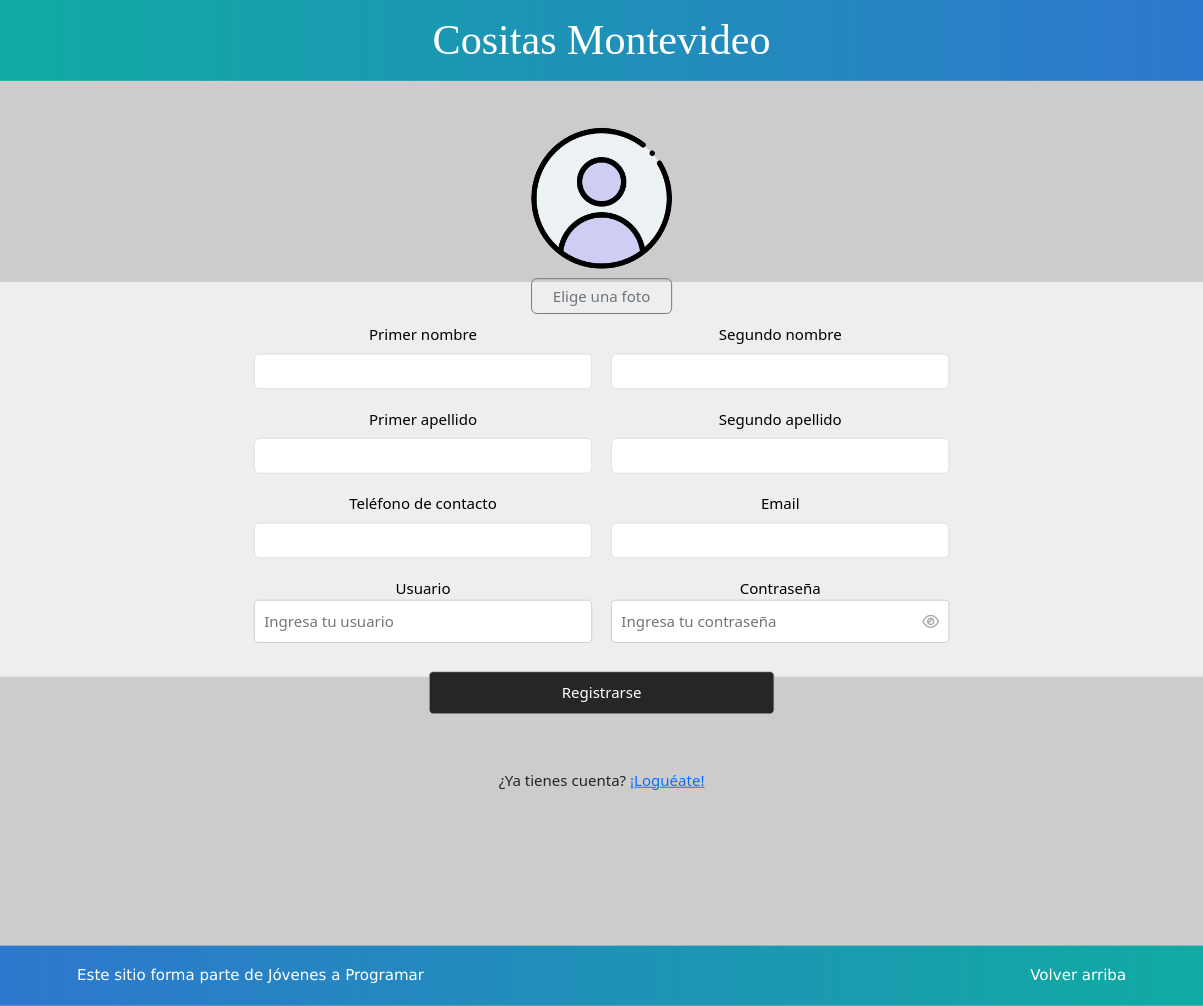
Repository: naticab/proyecto-dw
Page: registration.html
An editor plug-in stored every save of this project. The page is shown before and after the next save, followed by the edit.
The browser window is 1280 px wide. The pictures show the whole page, at 94% of full size.
Some web fonts or font styles are not loaded; a fallback is used.

Above is the page before, as saved 2024-10-23 15:27:28.
Console error: TypeError: Cannot read properties of null (reading 'classList')

### registration.html
<!DOCTYPE html>
<html lang="es">

<head>
    <meta charset="UTF-8">
    <meta name="viewport" content="width=device-width, initial-scale=1, shrink-to-fit=no">
    <title>eMercado - Todo lo que busques está aquí</title>

    <link href="https://fonts.googleapis.com/css?family=Raleway:300,300i,400,400i,700,700i,900,900i" rel="stylesheet">
    <link href="css/bootstrap.min.css" rel="stylesheet">
    <link href="https://cdn.jsdelivr.net/npm/bootstrap@5.3.0/dist/css/bootstrap.min.css" rel="stylesheet">
    <link href="https://cdn.jsdelivr.net/npm/@fortawesome/fontawesome-free/css/all.min.css" rel="stylesheet">
    <link href="css/styles.css" rel="stylesheet" type="text/css">
    <link rel="stylesheet" href="css/registration.css" type="text/css">
    <link href="css/header-and-footer.css" rel="stylesheet">
    <link href="https://fonts.googleapis.com/css2?family=Love+Ya+Like+A+Sister&display=swap" rel="stylesheet">
</head>

<body>

    <header>
        <div class="header-container">
            <h1>Cositas Montevideo</h1>
        </div>
    </header>


    <main>
        <div class="profile-container">
            <div class="profile-image">
                <img src="img/usuario.png" id="profilePic" alt="avatar">
                <input type="file" name="foto" id="foto" accept="image/*" style="display: none;" />
                <label for="foto" class="btn btn-outline-secondary">Elige una foto</label>
            </div>
            <form method="post" class="row" id="myForm">
                <div class="col-md-6">
                    <label for="nombre1" class="form-label">Primer nombre</label>
                    <input type="text" class="form-control" id="nombre1" name="nombre" required>
                    <div class="invalid-feedback">Debe ingresar un nombre.</div>
                </div>
                <div class="col-md-6">
                    <label for="nombre2" class="form-label">Segundo nombre</label>
                    <input type="text" class="form-control" id="nombre2" name="nombre2">
                </div>
                <div class="col-md-6">
                    <label for="apellido1" class="form-label">Primer apellido</label>
                    <input type="text" class="form-control" id="apellido1" name="apellido" required>
                    <div class="invalid-feedback">Debe ingresar un apellido.</div>
                </div>
                <div class="col-md-6">
                    <label for="apellido2" class="form-label">Segundo apellido</label>
                    <input type="text" class="form-control" id="apellido2" name="apellido2">
                </div>
                <div class="col-md-6">
                    <label for="telefono" class="form-label">Teléfono de contacto</label>
                    <input type="tel" class="form-control" id="telefono" name="telefono">
                </div>
                <div class="col-md-6">
                    <label for="email" class="form-label">Email</label>
                    <input type="email" class="form-control" id="email" name="email" required>
                    <div class="invalid-feedback">Debe ingresar un email.</div>
                </div>
                <div class="col-md-6">
                    <label for="username">Usuario</label>
                    <input type="text" id="username" name="username" placeholder="Ingresa tu usuario">
                </div>
                <div class="col-md-6">
                    <label for="password">Contraseña</label>
                    <div class="password-container">
                        <input type="password" id="password" name="password" placeholder="Ingresa tu contraseña">
                        <i class="far fa-eye" id="togglePassword"></i>
                    </div>
                </div>
                <div class="col-12 text-center">
                    <button type="submit" id="button">Registrarse</button>
                </div>
            </form>
            <br><br>
            <div>¿Ya tienes cuenta? <a href="login.html">¡Loguéate!</a></div>
        </div>
    </main>


    <footer class="text-center py-2">
        <div class="container">
            <div class="footer-content">
                <p class="footer-text">Este sitio forma parte de <a class="footer-link"
                        href="https://jovenesaprogramar.edu.uy/" target="_blank">Jóvenes a Programar</a></p>
                <p class="footer-link-end">
                    <a class="footer-link" href="#">Volver arriba</a>
                </p>
            </div>
        </div>
    </footer>

    <script src="js/bootstrap.bundle.min.js"></script>
    <script src="js/registration.js"></script>
    <script src="js/header-and-footer.js"></script>
</body>

</html>

### css/styles.css
.jumbotron,
.card-body,
.container,
.site-header {
  font-family: 'Verdana', serif !important;
}

.row {
  color: black;
}

#login-heading {
  font-size: 2rem;
}

.jumbotron .display-4 {
  font-weight: bold;
}

h2 {
  font-size: 2rem;
}

nav a {
  text-decoration: none;
}

.bd-placeholder-img {
  font-size: 1.125rem;
  text-anchor: middle;
  -webkit-user-select: none;
  -moz-user-select: none;
  -ms-user-select: none;
  user-select: none;
}

@media (min-width: 768px) {
  .bd-placeholder-img-lg {
    font-size: 3.5rem;
  }
}

.jumbotron {
  height: 50vh;
  padding: 5em inherit;
  margin-bottom: 0;
  background-color: #53C0FB;
  background: url('../img/cover_back.png');
  background-size: cover;
  background-position: center;
  background-repeat: no-repeat;
  color: black;
  font-weight: bold;
}

@media (min-width: 768px) {
  .jumbotron {
    padding-top: 6rem;
    padding-bottom: 6rem;
  }
}

.jumbotron p:last-child {
  margin-bottom: 0;
}

.jumbotron-heading {
  font-weight: 300;
}

.jumbotron .container {
  max-width: 40rem;
  background-color: rgba(255, 255, 255, 0.5);
  border-radius: 10px;
  text-shadow: 1px 1px 2px grey;
}

.jumbotron .lead {
  font-size: 38px;
}

.dropzone {
  border: 2px dashed #0087F7;
  border-radius: 5px;
  background: white;
}

.img-fit {
  max-height: 100%;
}

.alert {
  position: fixed;
  top: 80px;
  width: 50%;
  left: 50%;
  transform: translate(-50%, 0);
}

.lds-ring {
  display: inline-block;
  position: relative;
  width: 64px;
  height: 64px;
  top: 50%;
  left: 50%;
}

.cursor-active {
  cursor: pointer;
}

.left {
  float: left;
  padding: 4px;
  background-color: rgba(255, 255, 255, 0.5);
}

.lds-ring div {
  box-sizing: border-box;
  display: block;
  position: absolute;
  width: 51px;
  height: 51px;
  margin: 6px;
  border: 6px solid #fff;
  border-radius: 50%;
  animation: lds-ring 1.2s cubic-bezier(0.5, 0, 0.5, 1) infinite;
  border-color: #fff transparent transparent transparent;
}

.lds-ring div:nth-child(1) {
  animation-delay: -0.45s;
}

.lds-ring div:nth-child(2) {
  animation-delay: -0.3s;
}

.lds-ring div:nth-child(3) {
  animation-delay: -0.15s;
}

@keyframes lds-ring {
  0% {
    transform: rotate(0deg);
  }

  100% {
    transform: rotate(360deg);
  }
}

.signin {
  width: 100%;
  max-width: 330px;
  padding: 15px;
  margin: auto;
}

#spinner-wrapper {
  position: fixed;
  background-color: rgba(0, 0, 0, 0.5);
  width: 100%;
  height: 100%;
  top: 0;
  left: 0;
  z-index: 1021;
  display: none;
}

/* main {
  min-height: calc(100vh - 210px);
} */

a.custom-card,
a.custom-card:hover {
  color: inherit;
  text-decoration: inherit;
}

.checked {
  color: orange;
}

### css/registration.css
body {
    min-height: 100vh;
    background: linear-gradient(to bottom, #cccccc 300px, #eeeeee 300px);
    display: flex;
    flex-direction: column;
    margin: 0;
    padding: 0;
}


main {
    flex-grow: 1; /* Permite que el main crezca y ocupe todo el espacio disponible */
    display: flex;
    justify-content: center;
    align-items: center;
    margin-bottom: 200px; /* Añadir espacio inferior para evitar que el footer se solape */
}


.login-container {
    width: 30em;
    text-align: center;
}

input,
button {
    width: 100%;
    padding: 10px;
    margin: 10px 0;
    border-radius: 5px;
    border: 1px solid #ccc;
}

button {
    width: 50%;
    background-color: #252628;
    color: white;
    cursor: pointer;
}

button:hover {
    background-color: #3f3f3f;
}


.password-container {
    position: relative;
}

.password-container i {
    position: absolute;
    right: 10px;
    top: 50%;
    transform: translateY(-50%);
    cursor: pointer;
    color: #aaa;
}


header {
    background: #121219;
    color: #fff;
    width: 100%;
    display: flex;
    justify-content: center;
    align-items: center;
    padding: 1rem 0;
    box-sizing: border-box;
    /* Asegúrate de que el padding no afecte el ancho total */
    margin: 0;
}

.header-container {
    width: 100%;
    text-align: center;
}

h1 {
    font-family: "Love Ya Like A Sister", cursive;
    margin: 0;
}



@media (max-width: 768px) {
    .login-container {
        width: 25em;
    }
}

@media (max-width: 576px) {

    body {
        background-color: #AAA8A4;
    }

    .login-container {
        width: 20em;
        padding: 15px;
    }

    button {
        width: 50%;
    }

    input {
        margin: 5px 0;
    }

    footer {
        visibility: hidden;
    }
}







.bd-placeholder-img {
    font-size: 1.125rem;
    text-anchor: middle;
    -webkit-user-select: none;
    -moz-user-select: none;
    -ms-user-select: none;
    user-select: none;
}

@media (min-width: 768px) {
    .bd-placeholder-img-lg {
        font-size: 3.5rem;

    }

    html,
    body {
        height: 100%;
        margin: 0;
    }
}


.profile-container {
    display: flex;
    flex-direction: column;
    align-items: center;
    padding-top: 50px;
    margin: 0 auto;
    max-width: 800px;
    padding: 50px 20px 20px 20px;
    height: 100%;
}

.profile-image img {
    border-radius: 50%;
    width: 150px;
    height: 150px;
}

form {
    max-width: 800px;
    width: 100%;
}

label {
    display: block;
    text-align: center;
}

button {
    margin-top: 20px;
}

input {
    display: block;
    margin: 0 auto;
}

.row {
    display: flex;
    flex-wrap: wrap;
    justify-content: center;
}

.col-md-6 {
    width: 50%;
    padding: 10px;
}

.btn-outline-secondary {
    display: block;
    margin-top: 10px;
}

### css/header-and-footer.css
header {
    background: linear-gradient(to right, #10ABA2, #2E77CE);
    color: #fff;
    position: relative;
}

h1 {
    font-family: "Love Ya Like A Sister", cursive;
    font-size: 2.8rem;
}

a#inicio {
    color: #f1f1f1;
    text-decoration: none;
}

a#inicio:hover {
    color: white;
    transition: color 0.3s, text-shadow 0.3s;
}

.subtitulos-header {
    font-size: 1.2rem;
}

a.nav-link {
    color: #f1f1f1;
}

a.nav-link:hover {
    color: #9b9a9b;
    transition: color 0.3s, text-shadow 0.3s;
    transform: scale(1.05);
}

/* Espaciado entre los elementos del menú */
.navbar-nav .nav-item {
    margin-right: 40px;
}

.navbar-nav .nav-item:last-child {
    margin-right: 0;
    /* Quitar margen derecho al último elemento */
}

#user-name.nav-link {
    color: #f1f1f1;
}

#user-name.nav-link:hover {
    color: #9b9a9b;
    transform: scale(1.05);
    transition: color 0.3s, text-shadow 0.3s;
}

.navbar-collapse {
    justify-content: flex-end;
}

.navbar-toggler:hover {
    cursor: pointer;
}


.user-avatar {
    border-radius: 50%;
    width: 50px;
    height: 50px;
}

.user-avatar:hover {
    transform: scale(1.10);
    transition: 0.3s;
}

.navbar-nav .dropdown-menu {
    background: linear-gradient(to right, #10ABA2, #2E77CE);
    border: none;
}

.navbar-nav .dropdown-menu:hover {
    cursor: pointer;
    color: #9b9a9b;
    transition: color 0.3s, text-shadow 0.3s;
}

.dropdown-toggle::after {
    display: none;
}

.navbar-nav .nav-link {
    display: flex;
    align-items: center;
    height: 100%;
    padding: 0.5rem 0;
}



/* Modo Claroscuro */

/* Modo Claro */
body.light-mode {
    background-color: #edf2f374;
}

body.light-mode .product-card:hover {
    box-shadow: 0 4px 8px #16161633;
    background-color: #bef3ff91;
    cursor: pointer;
}

body.light-mode .related-products:hover {
    box-shadow: #00000033;
    background-color: #bef3ff91;
    cursor: pointer;
}



/* Modo Oscuro */
body.dark-mode {
    background-color: #262729;
    color: rgb(208, 208, 208);
}

body.dark-mode .product-card:hover {
    box-shadow: 0 4px 8px #16161633;
    background-color: #bef3ff;
    cursor: pointer;
}

body.dark-mode .related-products:hover {
    box-shadow: #00000033;
    background-color: #bef3ff;
    cursor: pointer;
}

body.dark-mode .color-letters {
    color: white;
}


/* Palanca para activar el claroscuro */

#mode-toggle {
    border: none;
    outline: none;
    box-shadow: none;
}

#mode-toggle i {
    transition: color 0.3s;
    font-size: 1.2rem;
    cursor: pointer;
    color: #ffffff;
}

#mode-toggle:hover {
    background: none;
    transform: scale(1.05);
}

#mode-toggle:hover .fa-sun {
    color: #ffd700;
}

#mode-toggle:hover .fa-moon {
    color: #000000;
}



/* Cart */

#cart-button {
    border: none;
    outline: none;
    box-shadow: none;
    background-color: transparent;
}

#cart-button i {
    transition: color 0.3s;
    font-size: 1.2rem;
    color: #ffffff;
}

#cart-button i:hover {
    color: #9B9A9B;
    transform: scale(1.05);
}




@media (max-width: 995px) {

    .hamburger {
        display: flex;
        flex-direction: row;
        align-items: center;
        justify-content: space-between;
    }

    .navbar-toggler {
        position: relative;
        right: 0;
    }

    .navbar-collapse {
        display: none;
        position: absolute;
        top: 148%;
        left: -45px;
        width: 270%;
        z-index: 999;
        flex-direction: column-reverse;
        align-items: center;
        justify-content: center;
    }

    .navbar-collapse.show {
        display: flex;
    }

    .navbar-nav {
        background: linear-gradient(to right, #10ABA2, #2E77CE);
        color: #fff;
        padding: 1.5rem;
        border-radius: 0 0 100px 100px;
        font-weight: bold;
        text-align: center;
        display: flex;
        justify-content: center;
        /* Centra horizontalmente todos los li */
        align-items: center;
        /* Centra verticalmente los li */
        width: 100%;
    }

    .navbar-toggler-icon {
        background-image: url('data:[embedded picture, 238 characters]');
        filter: brightness(0) invert(1);
        /* Cambia el icono a blanco */
    }

    .navbar-toggler:focus {
        outline: none;
        box-shadow: none;
    }


    .navbar-nav:hover {
        cursor: pointer;
    }

    a.nav-link:hover {
        color: #9b9a9b;
        transition: color 0.3s, text-shadow 0.3s;
        transform: scale(1.05);
    }

    .navbar-nav .nav-item {
        margin: 10px 0;
    }
}


footer {
    background: linear-gradient(to right, #2E77CE, #10ABA2);
    color: #fff;
    min-height: 4rem;
    display: flex;
    justify-content: center;
    align-items: center;
    padding: 0 1rem;
}

.container {
    width: 100%;
}

.footer-content {
    display: flex;
    justify-content: space-between;
    width: 100%;
    align-items: center;
}

.footer-text {
    margin: 0;
    text-align: center;
}

.footer-link-end {
    margin: 0;
    text-align: right;
}

.footer-link {
    color: #fff;
    text-decoration: none;
}

.footer-link:hover {
    color: #9b9a9b;
    transition: color 0.3s, text-shadow 0.3s;
    transform: scale(1.05);
}


/* Menú desplegable del usuario */

@media (max-width: 995px) {
    .navbar-nav .dropdown-menu {
        width: auto;
        min-width: 150px;
        max-width: 200px;
        left: 0;
        right: auto;
        top: 100%;
        position: relative;
        z-index: 1000;
    }

    .dropdown-menu>li {
        padding: 0.05rem;

    }

    .dropdown-item {
        width: 100%;
        white-space: normal;
    }
}

main {
    min-height: 100vh;
    /* El contenido ocupará al menos el 100% de la altura de la ventana */
    padding-bottom: 30px;
    /* Da espacio suficiente para que el contenido no se superponga con el footer */
    box-sizing: border-box;
}

### js/registration.js
document.getElementById('togglePassword').addEventListener('click', function () {
  const passwordField = document.getElementById('password');
  const type = passwordField.getAttribute('type') === 'password' ? 'text' : 'password';
  passwordField.setAttribute('type', type);

  this.classList.toggle('fa-eye-slash');
});

document.getElementById('myForm').addEventListener('submit', function (event) {
  // Evitar que el formulario se envíe al servidor
  event.preventDefault();

  const username = document.getElementById('username').value;
  const password = document.getElementById('password').value;

  if (username !== '' && password !== '') {
      alert('¡Bienvenido! Muchas gracias por registrarte con nosotros');

      localStorage.setItem('isAuthenticated', 'true');
      localStorage.setItem('username', username);

      window.location.href = 'index.html';
  } else {
      alert('Por favor, ingresa un usuario y contraseña válidos.');
  }
});



document.addEventListener("DOMContentLoaded", function () {
    const defaultFile = 'img/usuario.png';
    const fileInput = document.getElementById('foto');
    const profilePic = document.getElementById('profilePic');
    const userImageElement = document.getElementById('user-image');
    const userImage = userImageElement ? userImageElement.querySelector('img') : null;

    // Cargar la imagen de perfil desde localStorage
    const savedImage = localStorage.getItem('profileImage');
    if (savedImage) {
      profilePic.src = savedImage; // Actualiza la imagen en el perfil
      if (userImage) userImage.src = savedImage; // Actualiza la imagen en el header
    } else {
      profilePic.src = defaultFile; // Imagen por defecto
      if (userImage) userImage.src = defaultFile; // Imagen por defecto
    }

    fileInput.addEventListener('change', e => {
      if (e.target.files[0]) {
        const reader = new FileReader();
        reader.onload = function (e) {
          const imageBase = e.target.result;
          profilePic.src = imageBase; // Actualiza la imagen en el perfil
          if (userImage) userImage.src = imageBase; // Actualiza la imagen en el header
          localStorage.setItem('profileImage', imageBase); // Guarda la imagen en localStorage
        };
        reader.readAsDataURL(e.target.files[0]); // Lee el archivo como URL en Base64
      } else {
        profilePic.src = defaultFile; // Imagen por defecto
        if (userImage) userImage.src = defaultFile; // Imagen por defecto
        localStorage.removeItem('profileImage'); // Eliminar imagen de localStorage
      }
    });

    // Recuperar los datos guardados en localStorage al cargar la página
    const nombre1 = document.getElementById("nombre1");
    const apellido = document.getElementById("apellido1");
    const email = document.getElementById("email");

    if (localStorage.getItem("nombre")) {
      nombre1.value = localStorage.getItem("nombre");
    }

    if (localStorage.getItem("apellido")) {
      apellido.value = localStorage.getItem("apellido");
    }

    if (localStorage.getItem("userEmail")) {
      email.value = localStorage.getItem("userEmail");
    }

    // Validación del formulario y guardar datos en localStorage
    document.getElementById("regBtn").addEventListener("click", function (e) {
      e.preventDefault(); // Evita el envío del formulario
      let isValid = true;

      // Validar campos requeridos
      if (!nombre1.value.trim()) {
        nombre1.classList.add("is-invalid");
        isValid = false;
      } else {
        nombre1.classList.remove("is-invalid");
        nombre1.classList.add("is-valid");
      }

      if (!apellido.value.trim()) {
        apellido.classList.add("is-invalid");
        isValid = false;
      } else {
        apellido.classList.remove("is-invalid");
        apellido.classList.add("is-valid");
      }

      // Validación del email usando una expresión regular para verificar que tenga @
      const emailRegex = /^[^\s@]+@[^\s@]+\.[^\s@]+$/;
      if (!email.value.trim() || !emailRegex.test(email.value)) {
        email.classList.add("is-invalid");
        isValid = false;
      } else {
        email.classList.remove("is-invalid");
        email.classList.add("is-valid");
      }

      // Si todo es válido, guardar en localStorage
      if (isValid) {
        localStorage.setItem("nombre", nombre1.value);
        localStorage.setItem("apellido", apellido.value);
        localStorage.setItem("userEmail", email.value);
        alert("Datos guardados con éxito.");
      }
    });
  });

### js/header-and-footer.js
document.addEventListener('click', function(event) {
    var navbar = document.querySelector('.navbar-collapse');
    var toggler = document.querySelector('.navbar-toggler');

    // Si el menú está abierto y se hace clic fuera de él, lo cierra
    if (navbar.classList.contains('show') && !navbar.contains(event.target) && !toggler.contains(event.target)) {
        var bsCollapse = new bootstrap.Collapse(navbar, {
            toggle: false
        });
        bsCollapse.hide();
    }
});

// Cerrar el menú automáticamente al hacer clic en cualquier enlace
var navLinks = document.querySelectorAll('.nav-link');
navLinks.forEach(function(link) {
    link.addEventListener('click', function() {
        var navbar = document.querySelector('.navbar-collapse');
        var bsCollapse = new bootstrap.Collapse(navbar, {
            toggle: false
        });
        bsCollapse.hide();
    });
});


// Modo Claroscuro

// Seleccionar el botón y el icono
const modeToggle = document.getElementById("mode-toggle");
const themeIcon = document.getElementById("theme-icon");

// Establecer el modo inicial según el modo de color preferido del navegador
if (localStorage.getItem("theme") === "dark") {
    document.body.classList.add("dark-mode");
    themeIcon.classList.remove("fa-moon");
    themeIcon.classList.add("fa-sun");
} else {
    document.body.classList.add("light-mode");
    themeIcon.classList.remove("fa-sun");
    themeIcon.classList.add("fa-moon");
}

// Función para alternar entre modos
modeToggle.addEventListener("click", () => {
    document.body.classList.toggle("dark-mode");
    document.body.classList.toggle("light-mode");

    // Cambiar el icono y guardar la preferencia en localStorage
    if (document.body.classList.contains("dark-mode")) {
        themeIcon.classList.remove("fa-moon");
        themeIcon.classList.add("fa-sun");
        localStorage.setItem("theme", "dark");
    } else {
        themeIcon.classList.remove("fa-sun");
        themeIcon.classList.add("fa-moon");
        localStorage.setItem("theme", "light");
    }
});

Loaded but not shown: css/bootstrap.min.css (library); js/bootstrap.bundle.min.js (library)

After the next save:
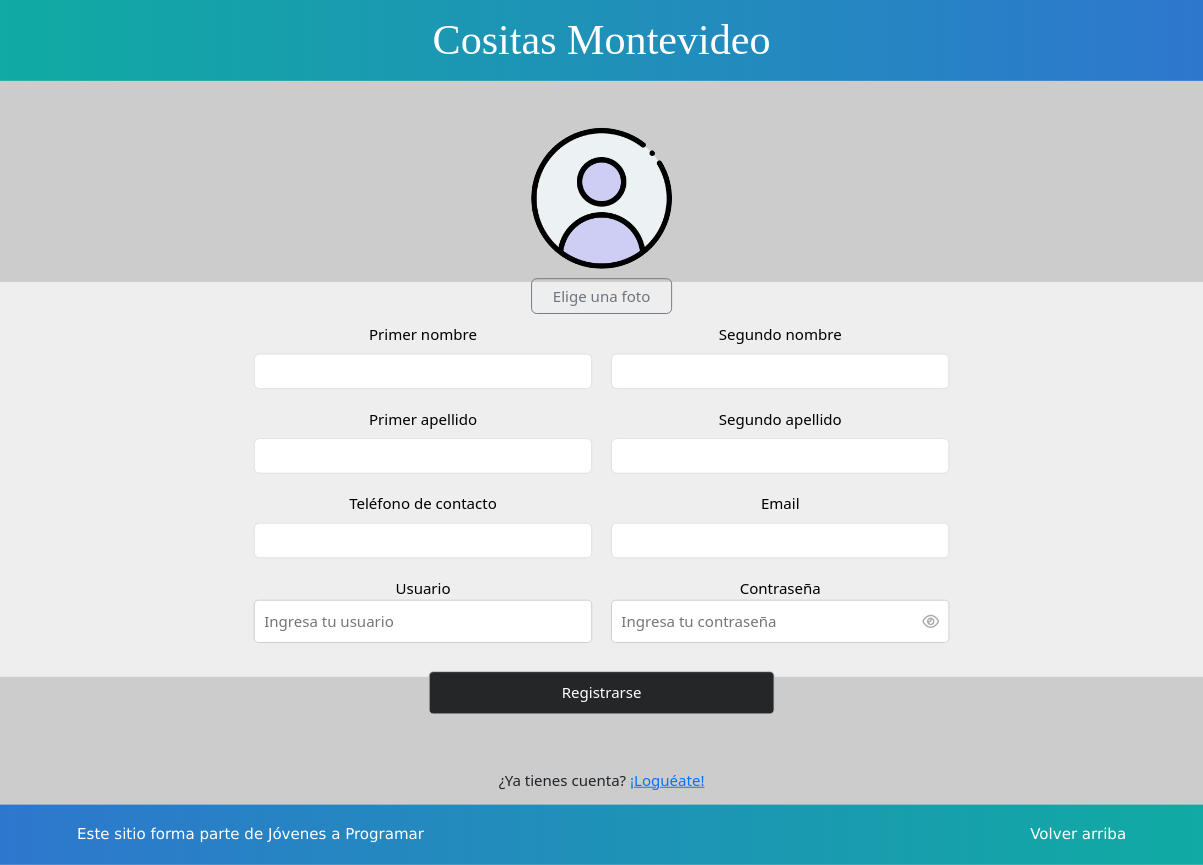
Saved 8 s later.
--- a/css/registration.css
+++ b/css/registration.css
@@ -13,7 +13,7 @@ main {
     display: flex;
     justify-content: center;
     align-items: center;
-    margin-bottom: 200px; /* Añadir espacio inferior para evitar que el footer se solape */
+    margin-bottom: 50px; /* Añadir espacio inferior para evitar que el footer se solape */
 }
 
 
